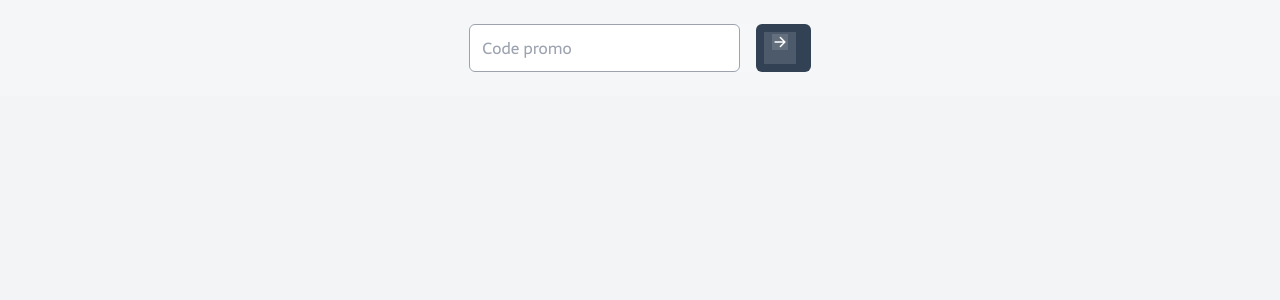
Repository: darlino/gotyu_shopify_section
Page: reduction_input210223/index.html
The author's editor kept a copy of each file at every save. The page is drawn from the files as they stood at one save, then again after the next save.
The browser window is 1280 px wide. The pictures show the whole page.
Some web libraries are served in a nearby version.

Above is the page before, as saved 2023-02-21 22:00:22.

### reduction_input210223/index.html
<!DOCTYPE html>
<html lang="en">
  <head>
    <meta charset="UTF-8" />
    <meta http-equiv="X-UA-Compatible" content="IE=edge" />
    <meta name="viewport" content="width=device-width, initial-scale=1.0" />
    <title>Document</title>
    <link rel="preconnect" href="https://fonts.googleapis.com" />
    <link rel="preconnect" href="https://fonts.gstatic.com" crossorigin />
    <link
      href="https://fonts.googleapis.com/css2?family=Sarala&display=swap"
      rel="stylesheet"
    />
    <link rel="stylesheet" href="style.css" />
    <script src="https://cdn.tailwindcss.com"></script>
    <script
      type="module"
      src="https://unpkg.com/ionicons@5.5.2/dist/ionicons/ionicons.esm.js"
    ></script>
    <script
      nomodule
      src="https://unpkg.com/ionicons@5.5.2/dist/ionicons/ionicons.js"
    ></script>
  </head>
  <body>
    <section id="reduction210223">
      <div class="max-w-[1300px] h-screen flex flex-col mx-auto bg-gray-100">
        <div
          class="flex flex-col md:px-32 px-8 py-6 justify-center items-center"
        >
          <div class="flex flex-row justify-between space-x-4 md:w-1/3 w-full">
            <input
              type="text"
              class="px-3 w-5/6 py-2 border outline-none border-1 border-gray-400 bg-white rounded-md"
              placeholder="Code promo"
            />
            <button
              type="text"
              class="px-2 w-1/6 py-2 bg-slate-700 rounded-md text-center"
            >
              <div class="w-8 h-8 text-white">
                <ion-icon name="arrow-forward-outline"></ion-icon>
              </div>
            </button>
          </div>
        </div>
      </div>
    </section>
  </body>
</html>

### reduction_input210223/style.css
* {
  margin: 0;
  padding: 0;
  font-family: "Sarala", sans-serif;
  background-color: rgba(255, 255, 255, 0.13);
}
#reduction {
  width: 100%;
  height: 100%;
}

After the next save:
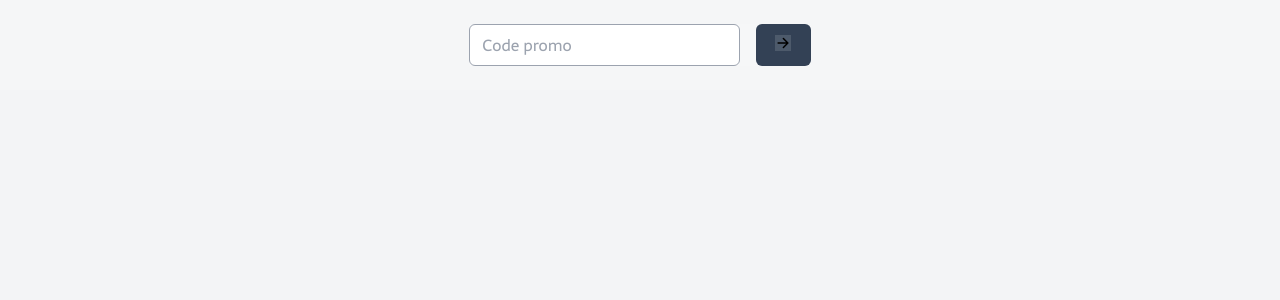
Saved 12 s later.
--- a/reduction_input210223/index.html
+++ b/reduction_input210223/index.html
@@ -38,9 +38,7 @@
               type="text"
               class="px-2 w-1/6 py-2 bg-slate-700 rounded-md text-center"
             >
-              <div class="w-8 h-8 text-white">
-                <ion-icon name="arrow-forward-outline"></ion-icon>
-              </div>
+              <ion-icon name="arrow-forward-outline"></ion-icon>
             </button>
           </div>
         </div>
